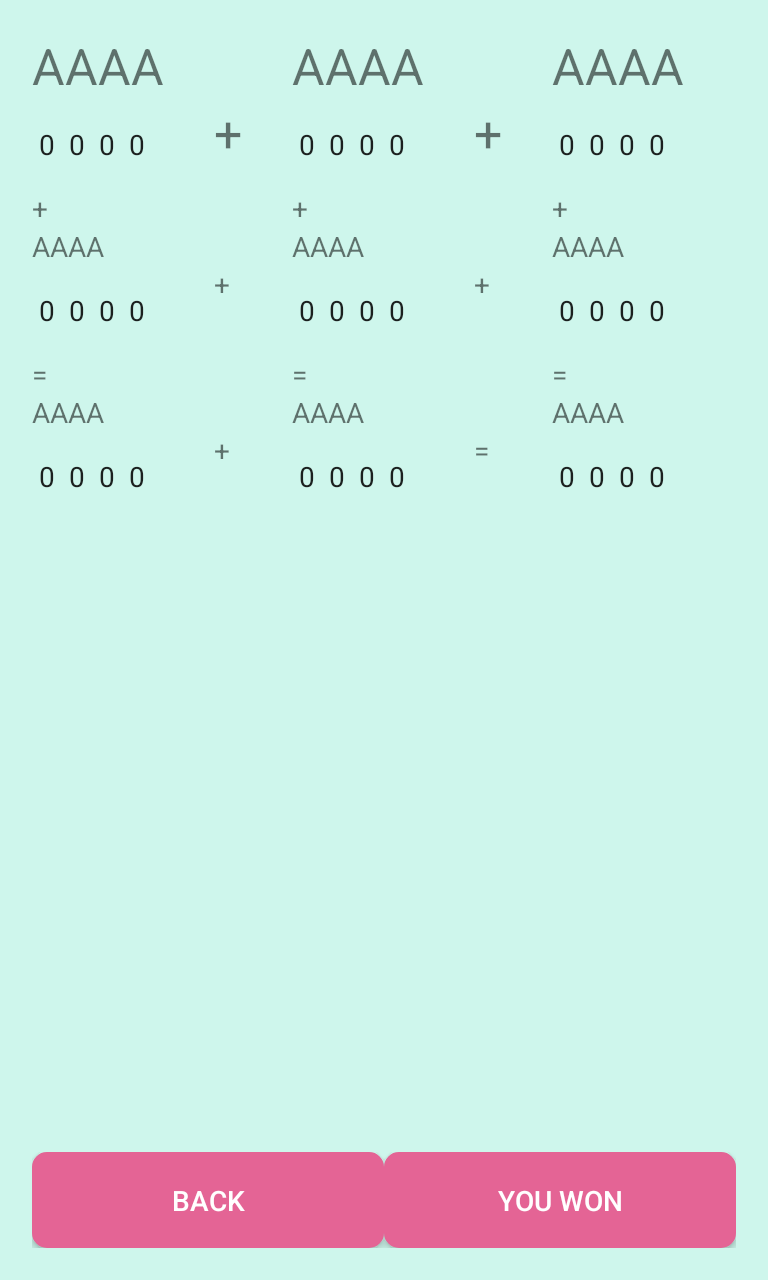
Repository: jelleswester/Breinbreker
Layout: Breinbreker/res/layout/activity_game_play.xml
The author's editor kept a copy of each file at every save. The layout is drawn from the files as they stood at one save, then again after a run of saves.
It is drawn on a 768 x 1280 px phone screen (xhdpi) without system bars, with theme AppTheme; the app's code is not run.

Above is the layout before, as saved 2015-01-23 09:06:32.

After the next 3 saves:
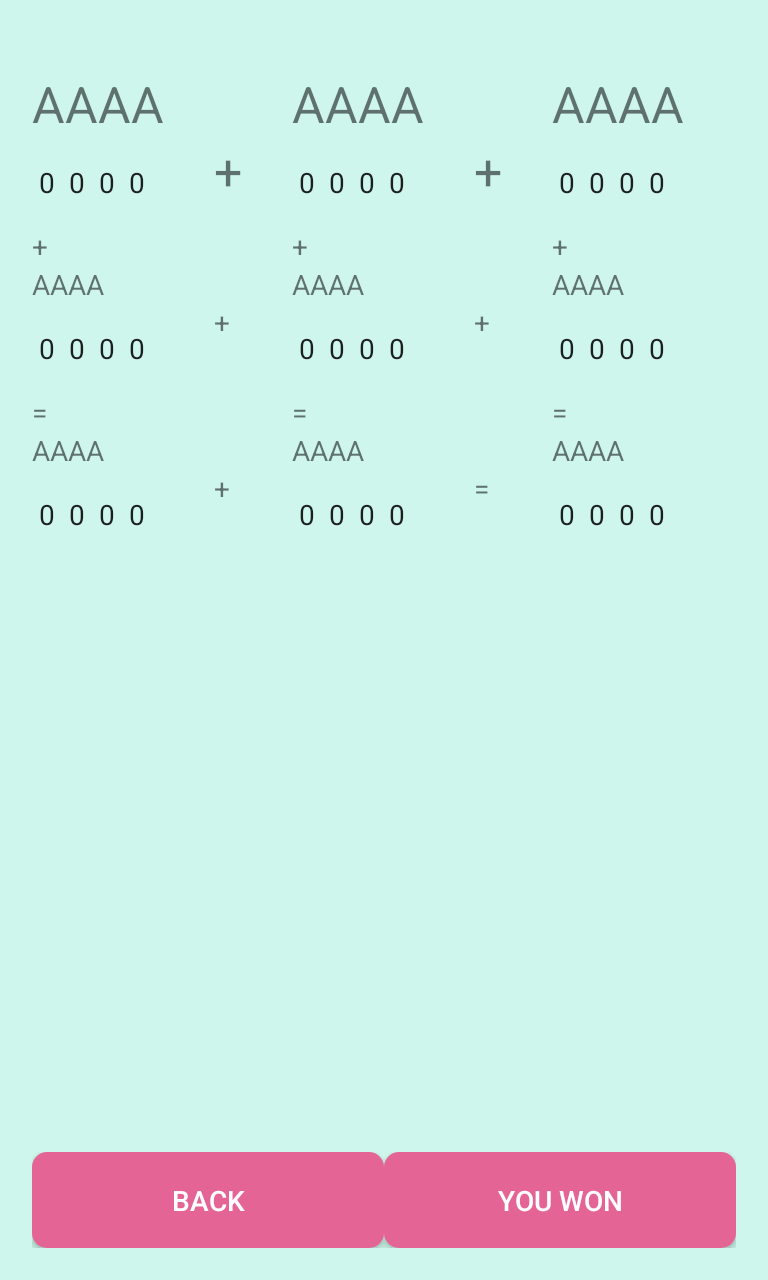
The 3 saves are shown as one change because 2 did not build or start.
The last was saved 2 min 8 s later.
--- a/Breinbreker/res/layout/activity_game_play.xml
+++ b/Breinbreker/res/layout/activity_game_play.xml
@@ -15,8 +15,14 @@
         android:stretchColumns="*" >
 
         <TableRow>
-            <LinearLayout>
-
+            <LinearLayout
+                android:layout_width="fill_parent"
+                android:layout_height="wrap_content"
+                android:layout_weight="1">
+
+                <TextView
+                    android:layout_width="wrap_content"
+                    android:layout_height="wrap_content" />
             </LinearLayout>
         </TableRow>
 
